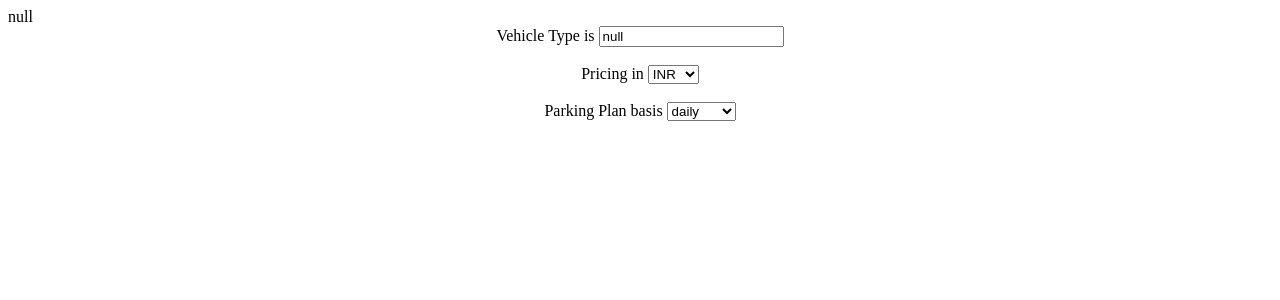
Repository: meta-rahul-dosi/GET2019
Page: http://localhost/Assignment-4/passPrice.jsp
The author's editor kept a copy of each file at every save. The page is drawn from the files as they stood at one save, then again after the next save.
The browser window is 1280 px wide. The pictures show the whole page.
The page is served by Tomcat 9. Other server files are loaded and not shown.

Above is the page before, as saved 2019-09-05 13:39:30.

### EAD/Assignment-4/WebContent/passPrice.jsp
<%@ page language="java" contentType="text/html; charset=ISO-8859-1"
	pageEncoding="ISO-8859-1" import="java.sql.*"%>
<!DOCTYPE html PUBLIC "-//W3C//DTD HTML 4.01 Transitional//EN" "http://www.w3.org/TR/html4/loose.dtd">
<html>
<head>
<meta http-equiv="Content-Type" content="text/html; charset=ISO-8859-1">
<title>Insert title here</title>
</head>
<body>

	<%
		String vehicleTypeCame = (String) session
				.getAttribute("vehicleType");
		out.println(vehicleTypeCame);
	%>

	<div>
		<form align="center">

			Vehicle Type is <input type="text" name="vehicletype"
				value="<%=vehicleTypeCame%>" readonly /><br /> <br />

			Pricing in
			<select name="pricing">
				<option name="INR" value="INR">INR</option>
				<option name="USD" value="USD">USD</option>
				<option name="YEN" value="YEN">YEN</option>
			</select><br /> <br />

			Parking Plan basis
			<select name="time">
				<option name="daily" value="daily">daily</option>
				<option name="monthly" value="monthly">monthly</option>
				<option name="yearly" value="yearly">yearly</option>
			</select><br /> <br />

		</form>
	</div>
	<br />
	<br />

</body>
</html>

After the next save:
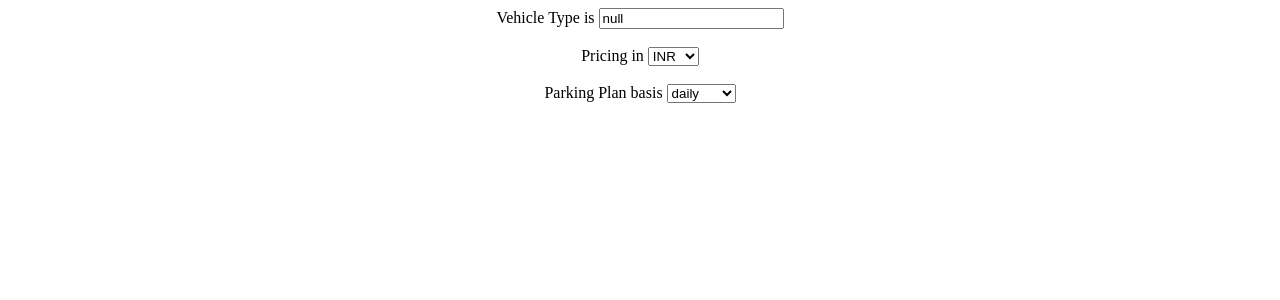
Saved 12 s later.
--- a/EAD/Assignment-4/WebContent/passPrice.jsp
+++ b/EAD/Assignment-4/WebContent/passPrice.jsp
@@ -11,7 +11,6 @@
 	<%
 		String vehicleTypeCame = (String) session
 				.getAttribute("vehicleType");
-		out.println(vehicleTypeCame);
 	%>
 
 	<div>
